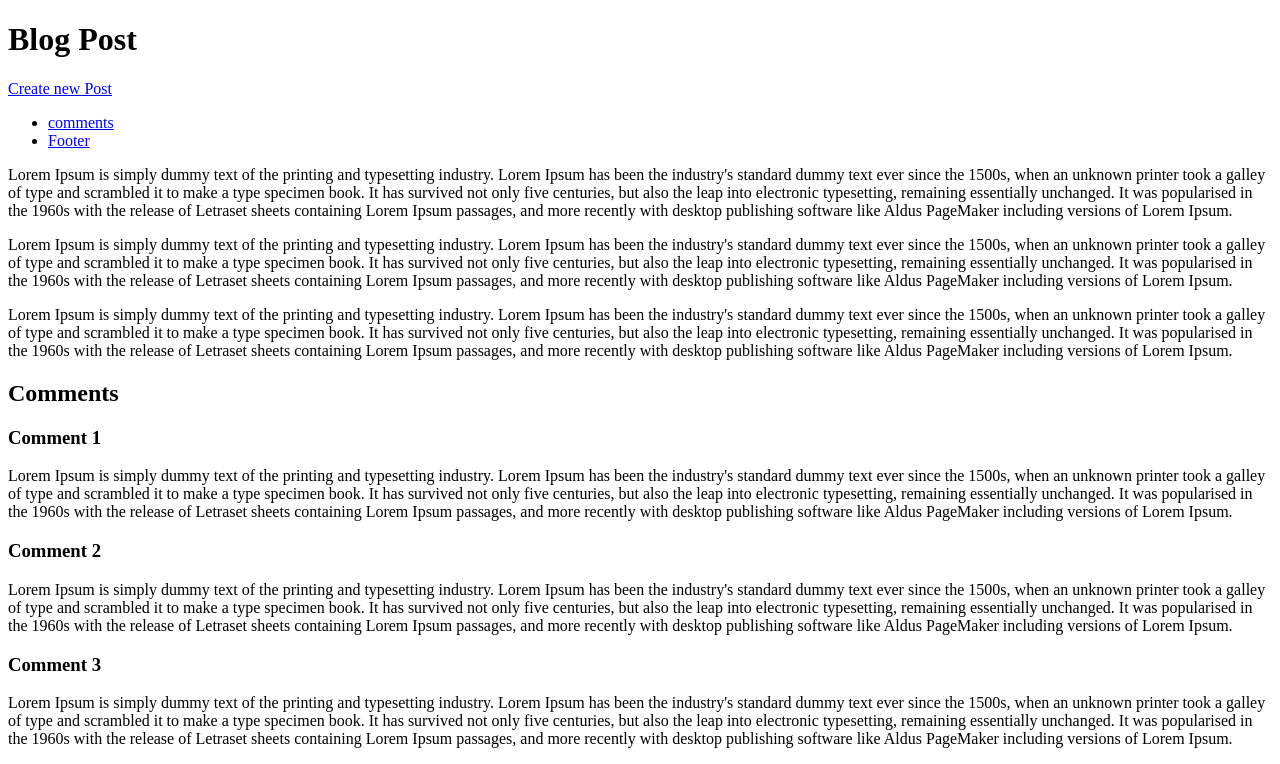
Repository: dishant8/Web-development
Page: public/WebDevWorkspace/experiment/WebContent/BlogPost.html
An editor plug-in stored every save of this project. The page is shown before and after the next save, followed by the edit.
The browser window is 1280 px wide. The pictures show the whole page.

Above is the page before, as saved 2015-09-27 01:14:45.

### public/WebDevWorkspace/experiment/WebContent/BlogPost.html
<!DOCTYPE html>
<html>
<head>
<meta charset="ISO-8859-1">
<title>Blog Post</title>
</head>
<body>
	<header>
		<h1>Blog Post</h1>

		<nav>
			<a href="blogNew.html"> Create new Post</a>
		</nav>
	</header>

	<nav>
		<ul>
			<li>
			<a href="#comments">  comments </a>
			</li>
						<li>
			<a href="#footer">  Footer </a>
			</li>
		</ul>
	</nav>

	<main>

	<p>Lorem Ipsum is simply dummy text of the printing and typesetting
		industry. Lorem Ipsum has been the industry's standard dummy text ever
		since the 1500s, when an unknown printer took a galley of type and
		scrambled it to make a type specimen book. It has survived not only
		five centuries, but also the leap into electronic typesetting,
		remaining essentially unchanged. It was popularised in the 1960s with
		the release of Letraset sheets containing Lorem Ipsum passages, and
		more recently with desktop publishing software like Aldus PageMaker
		including versions of Lorem Ipsum.</p>

	</main>

	<p>Lorem Ipsum is simply dummy text of the printing and typesetting
		industry. Lorem Ipsum has been the industry's standard dummy text ever
		since the 1500s, when an unknown printer took a galley of type and
		scrambled it to make a type specimen book. It has survived not only
		five centuries, but also the leap into electronic typesetting,
		remaining essentially unchanged. It was popularised in the 1960s with
		the release of Letraset sheets containing Lorem Ipsum passages, and
		more recently with desktop publishing software like Aldus PageMaker
		including versions of Lorem Ipsum.</p>
	</main>

	<p>Lorem Ipsum is simply dummy text of the printing and typesetting
		industry. Lorem Ipsum has been the industry's standard dummy text ever
		since the 1500s, when an unknown printer took a galley of type and
		scrambled it to make a type specimen book. It has survived not only
		five centuries, but also the leap into electronic typesetting,
		remaining essentially unchanged. It was popularised in the 1960s with
		the release of Letraset sheets containing Lorem Ipsum passages, and
		more recently with desktop publishing software like Aldus PageMaker
		including versions of Lorem Ipsum.</p>
	</main>

	<section>
		<h2>Comments</h2>
		<article>
			<h3>Comment 1</h3>
			<p>Lorem Ipsum is simply dummy text of the printing and
				typesetting industry. Lorem Ipsum has been the industry's standard
				dummy text ever since the 1500s, when an unknown printer took a
				galley of type and scrambled it to make a type specimen book. It has
				survived not only five centuries, but also the leap into electronic
				typesetting, remaining essentially unchanged. It was popularised in
				the 1960s with the release of Letraset sheets containing Lorem Ipsum
				passages, and more recently with desktop publishing software like
				Aldus PageMaker including versions of Lorem Ipsum.</p>
		</article>
		<a name="comments"> </a>
		<article>
			<h3>Comment 2</h3>
			<p>Lorem Ipsum is simply dummy text of the printing and
				typesetting industry. Lorem Ipsum has been the industry's standard
				dummy text ever since the 1500s, when an unknown printer took a
				galley of type and scrambled it to make a type specimen book. It has
				survived not only five centuries, but also the leap into electronic
				typesetting, remaining essentially unchanged. It was popularised in
				the 1960s with the release of Letraset sheets containing Lorem Ipsum
				passages, and more recently with desktop publishing software like
				Aldus PageMaker including versions of Lorem Ipsum.</p>
		</article>
		<article>
			<h3>Comment 3</h3>
			<p>Lorem Ipsum is simply dummy text of the printing and
				typesetting industry. Lorem Ipsum has been the industry's standard
				dummy text ever since the 1500s, when an unknown printer took a
				galley of type and scrambled it to make a type specimen book. It has
				survived not only five centuries, but also the leap into electronic
				typesetting, remaining essentially unchanged. It was popularised in
				the 1960s with the release of Letraset sheets containing Lorem Ipsum
				passages, and more recently with desktop publishing software like
				Aldus PageMaker including versions of Lorem Ipsum.</p>
		</article>
	</section>

	<footer> </footer>
</body>
</html>

After the next save:
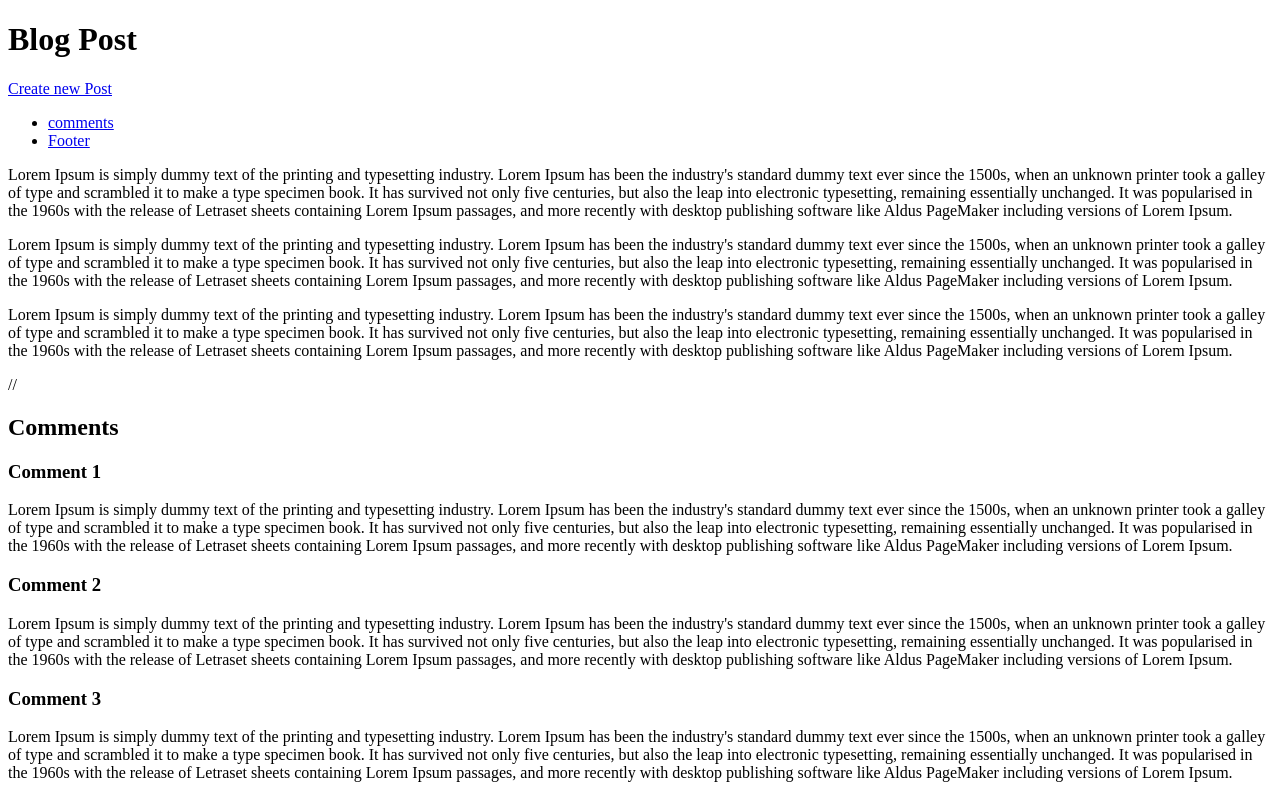
Saved 33 s later.
--- a/public/WebDevWorkspace/experiment/WebContent/BlogPost.html
+++ b/public/WebDevWorkspace/experiment/WebContent/BlogPost.html
@@ -61,6 +61,7 @@
 	</main>
 
 	<section>
+//		<a name="comments"> </a>
 		<h2>Comments</h2>
 		<article>
 			<h3>Comment 1</h3>
@@ -74,7 +75,6 @@
 				passages, and more recently with desktop publishing software like
 				Aldus PageMaker including versions of Lorem Ipsum.</p>
 		</article>
-		<a name="comments"> </a>
 		<article>
 			<h3>Comment 2</h3>
 			<p>Lorem Ipsum is simply dummy text of the printing and

After the save that followed:
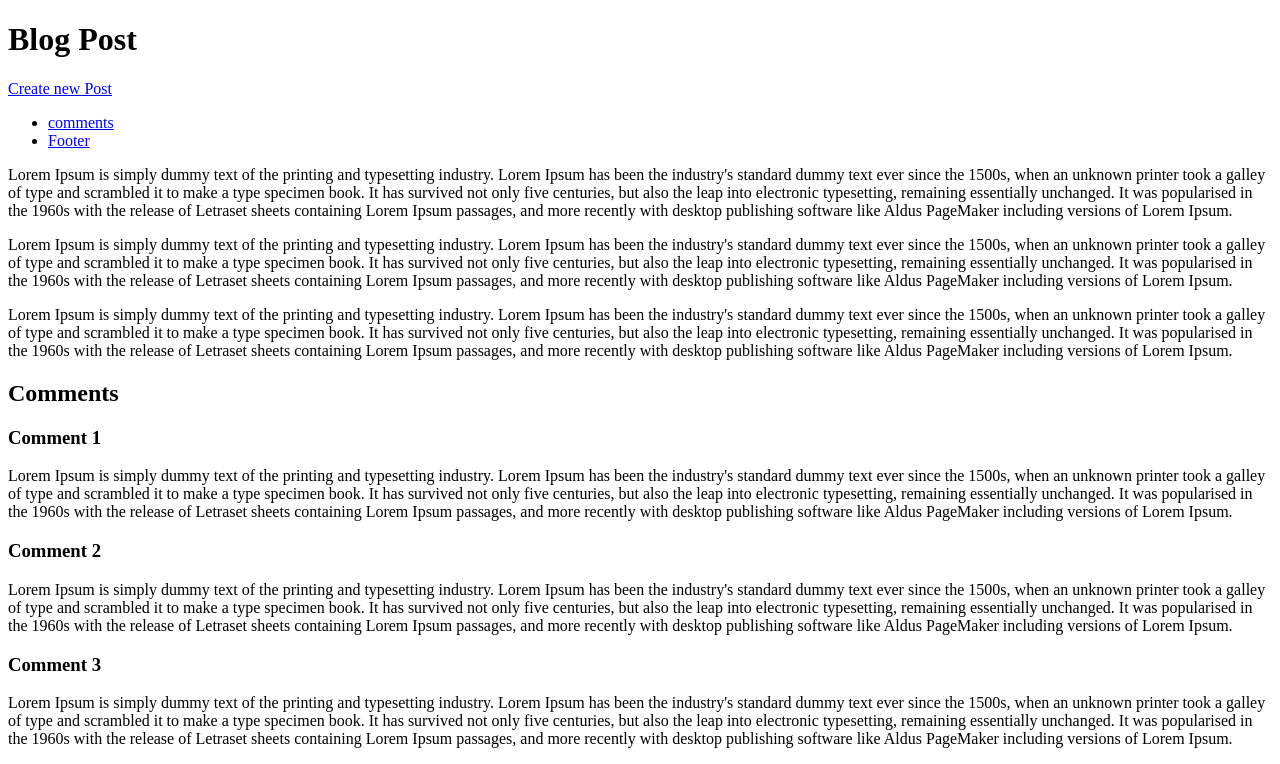
Saved 20 s later.
--- a/public/WebDevWorkspace/experiment/WebContent/BlogPost.html
+++ b/public/WebDevWorkspace/experiment/WebContent/BlogPost.html
@@ -61,7 +61,7 @@
 	</main>
 
 	<section>
-//		<a name="comments"> </a>
+		<a name="comments"> </a>
 		<h2>Comments</h2>
 		<article>
 			<h3>Comment 1</h3>
